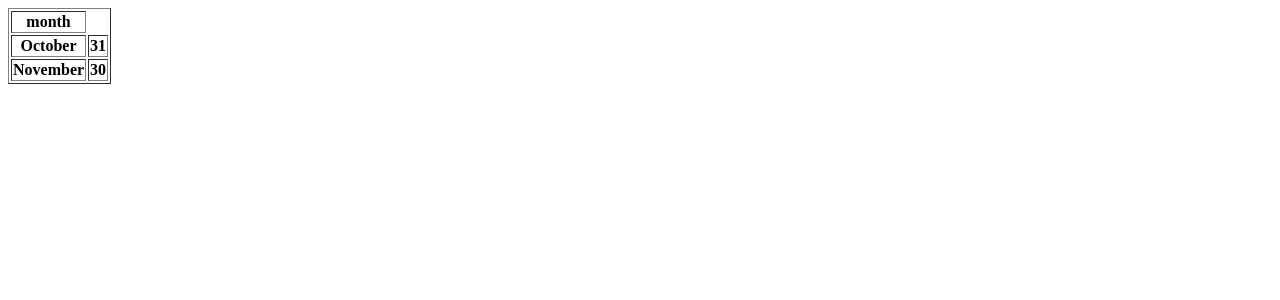
Repository: ygs3004/StudyHTML_CSS
Page: web project 01/src/main/webapp/chapter03/exam03_03.html
These files come from the project's save history. The page is drawn as it stood at one moment and after the next save; the edit follows.
The browser window is 1280 px wide. The pictures show the whole page.

Above is the page before, as saved 2022-08-04 05:34:46.

After the next save:
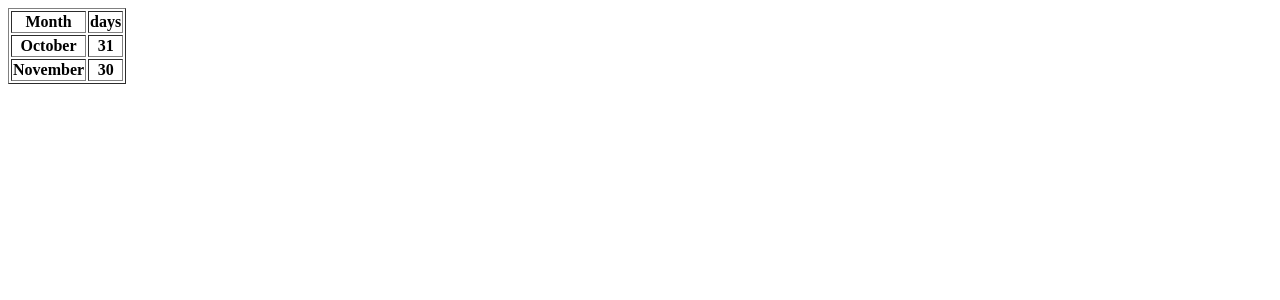
Saved 27 s later.
--- a/web project 01/src/main/webapp/chapter03/exam03_03.html
+++ b/web project 01/src/main/webapp/chapter03/exam03_03.html
@@ -8,7 +8,8 @@
 	<table border="1">
 		<tr>
 			<!-- table row-->
-			<th>month</th>
+			<th>Month</th>
+			<th>days</th>
 			<!-- table header -->
 		</tr>
 		<tr>
